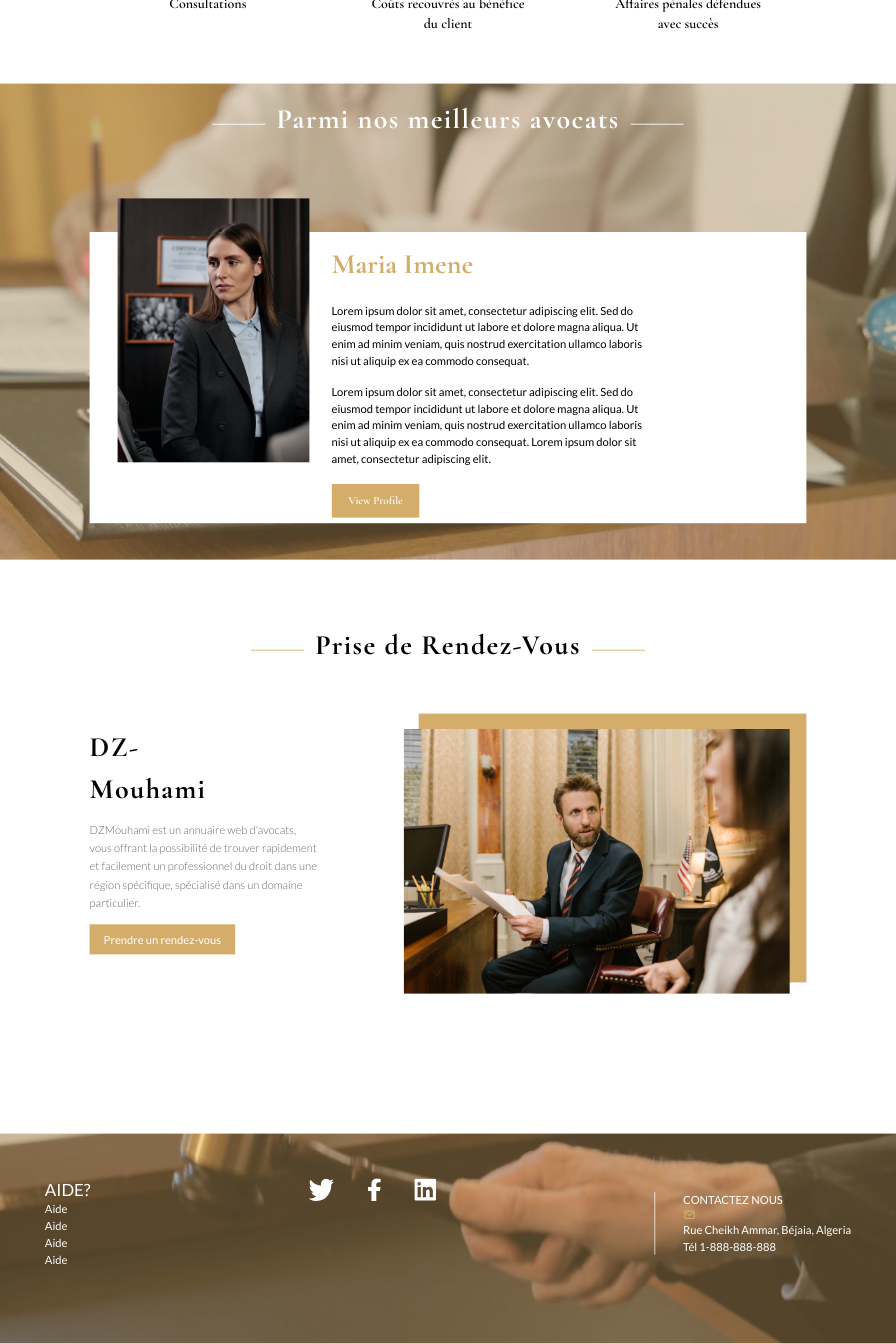
Repository: Chekrouba-Tinhinane/Mohami_dz
Page: / (app in client/)
These files come from the project's save history. The page is drawn as it stood at one moment and after a run of saves; the edit follows.
The browser window is 1280 px wide. The pictures show the part of the page from y = 2348 to 4268 px (the page is 4268 px tall), at 70% of full size.
The project was rebuilt for these pictures with package versions that can differ from the ones it lists, and the page was loaded fresh each time. Also part of the build but not shown: client/vite.config.js, client/src/SignIn.jsx, client/src/components/Selector.jsx, client/src/components/SearchContainer.jsx, client/src/Search.jsx, client/src/components/super/HomeLayout.jsx, client/src/components/Profile.jsx.

Above is the page before, as saved 2024-01-25 18:12:45.

After the next 4 saves:
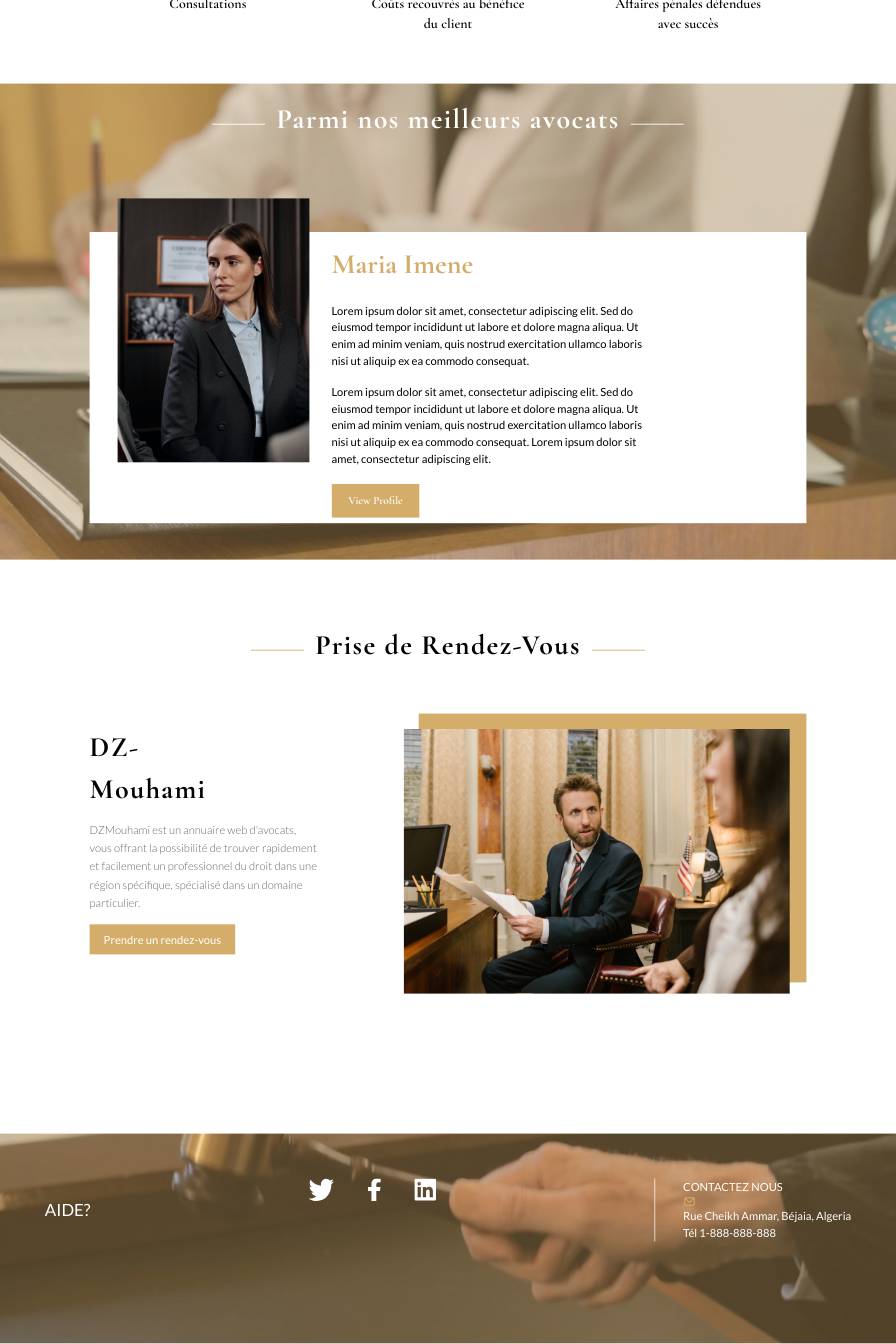
The 4 saves are shown as one change because they came seconds apart.
The last was saved 10 s later.
--- a/client/src/LandingPage.jsx
+++ b/client/src/LandingPage.jsx
@@ -280,12 +280,10 @@ function Footer() {
         <div className="flex items-center justify-between px-16 max-w-[86rem] w-full">
           <div className="flex flex-col">
             <h3 className=" text-2xl">AIDE?</h3>
-            <div>
-              <p>Aide</p>
-            <p>Aide</p>
-            <p>Aide</p>
-            <p>Aide</p>
-            </div>
+            <ul>
+              <li></li>
+
+            </ul>
 
           </div>
 
